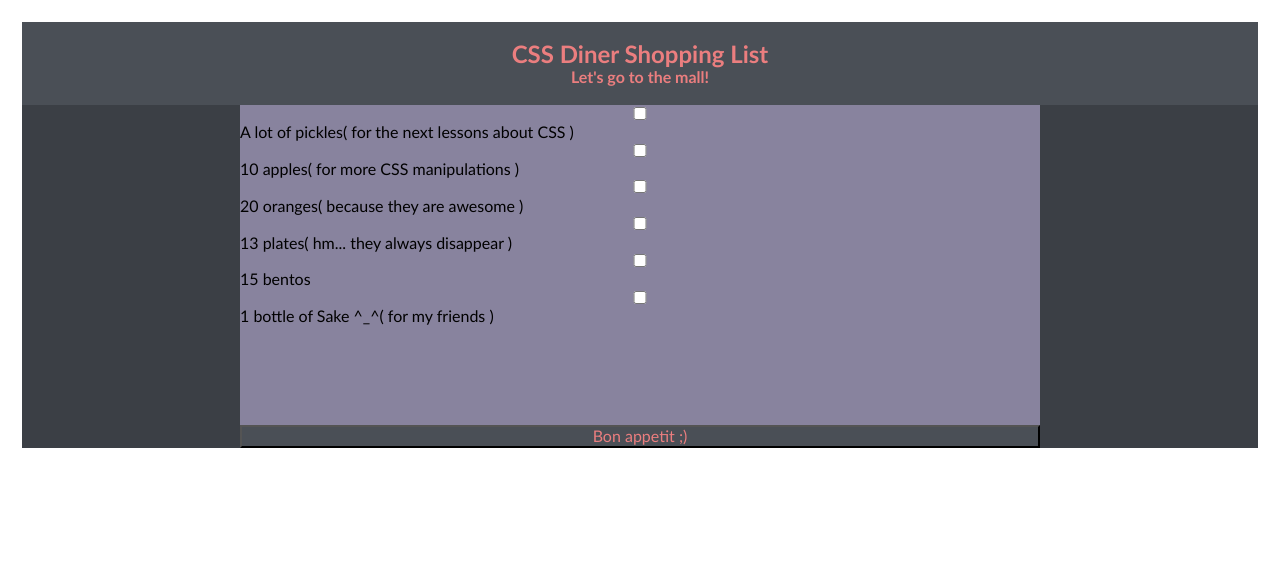
Repository: shpakovskaya/github.io
Page: selector css/shopping list/index.html
These files come from the project's save history. The page is drawn as it stood at one moment and after the next save; the edit follows.
The browser window is 1280 px wide. The pictures show the whole page.

Above is the page before, as saved 2021-11-05 20:43:58.

After the next save:
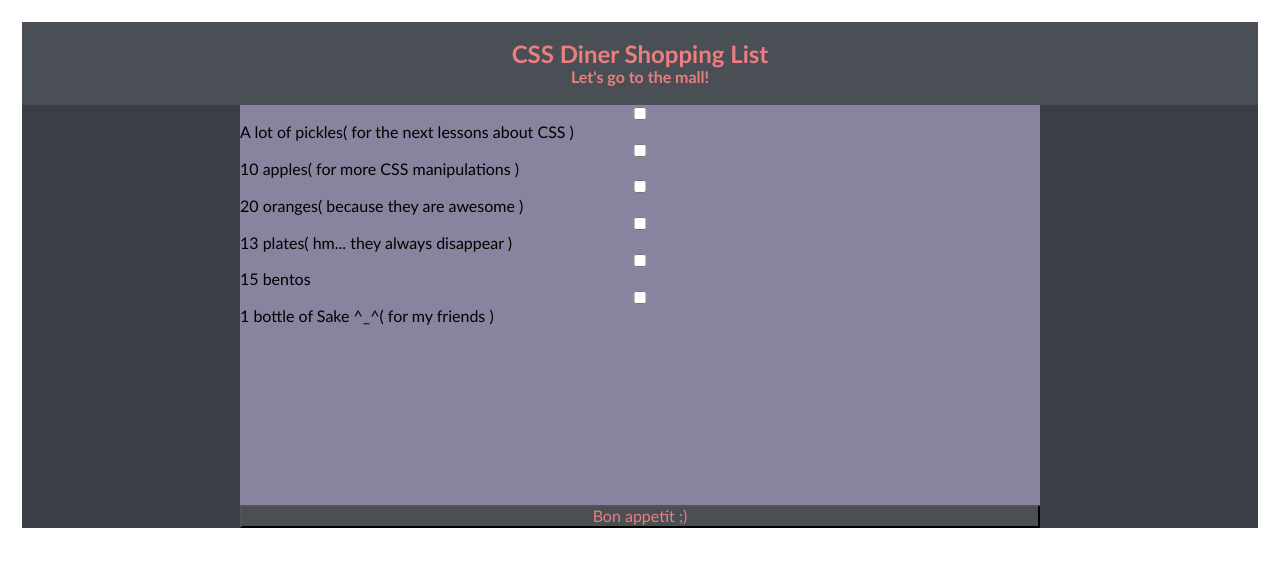
Saved 44 s later.
--- a/selector css/shopping list/style.css
+++ b/selector css/shopping list/style.css
@@ -39,7 +39,7 @@
 } */
 
 .c-list__wrapper {
-  margin-bottom: 10%;
+  margin-bottom: 20%;
 }
 
 .e-pickles::after {
